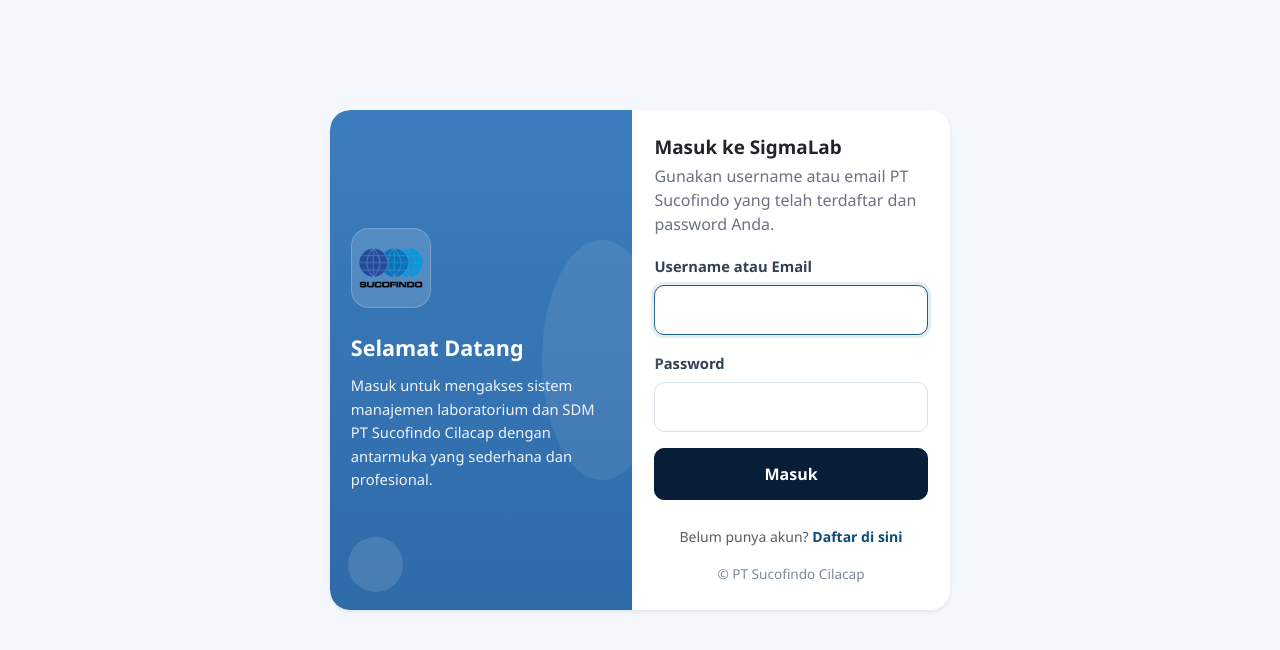
Repository: amelianeesa/sigmalab
Page: http://localhost/login
These files come from the project's save history. The page is drawn as it stood at one moment and after the next save; the edit follows.
The browser window is 1280 px wide. The pictures show the whole page.
The page is served by the project's Laravel application, run on PHP 8.4 with Laravel 12. Other server files are loaded and not shown.

Above is the page before, as saved 2026-08-06 08:54:30.

### routes/web.php
<?php

use Illuminate\Support\Facades\Route;
use App\Http\Controllers\AuthController;
use App\Http\Controllers\SdmController;

Route::get('/', [AuthController::class, 'showLogin']);
Route::get('/login', [AuthController::class, 'showLogin'])->name('login');
Route::post('/login', [AuthController::class, 'processLogin'])->name('login.process');

Route::get('/register', [AuthController::class, 'showRegister'])->name('register');
Route::post('/register', [AuthController::class, 'processRegister'])->name('register.process');

Route::post('/logout', [AuthController::class, 'logout'])->name('logout');

Route::middleware(['auth'])->group(function () {

    Route::get('/dashboard', function () {
        return view('dashboard-index');
    })->name('dashboard');

    Route::get('/sdm', [SdmController::class, 'index'])->name('sdm.index');
    Route::get('/sdm/create', [SdmController::class, 'create'])->name('sdm.create');
    Route::post('/sdm', [SdmController::class, 'store'])->name('sdm.store');
    Route::get('/sdm/{id}/edit', [SdmController::class, 'edit'])->name('sdm.edit');
    Route::put('/sdm/{id}', [SdmController::class, 'update'])->name('sdm.update');
    Route::delete('/sdm/{id}', [SdmController::class, 'destroy'])->name('sdm.destroy');

    Route::get('/sdm/{id}/kompetensi', [SdmController::class, 'kompetensiDetail'])->name('sdm.kompetensi.detail');
    Route::get('/sdm/{id}/cv', [SdmController::class, 'showCv'])->name('sdm.cv');
});

### app/Http/Controllers/AuthController.php
<?php

namespace App\Http\Controllers;

use Illuminate\Http\Request;
use Illuminate\Support\Facades\Auth;
use Illuminate\Support\Facades\Hash;
use App\Models\User;
use App\Models\Role;
use App\Models\Personil;

class AuthController extends Controller
{
    public function showLogin()
    {
        return view('auth.login');
    }

    public function processLogin(Request $request)
    {
        $credentials = $request->validate([
            'username' => ['required'],
            'password' => ['required'],
        ]);

        $fieldType = filter_var($request->username, FILTER_VALIDATE_EMAIL) ? 'email' : 'username';

        if (Auth::attempt([$fieldType => $request->username, 'password' => $request->password])) {
            $user = Auth::user();
            if ($user->status_aktif == 1) {
                $request->session()->regenerate();
                return redirect()->intended('/dashboard');
            } else {
                Auth::logout();
                return back()->withErrors(['username' => 'Akun Anda non-aktif. Hubungi Admin.']);
            }
        }

        return back()->withErrors(['username' => 'Username/Email atau Password salah.']);
    }

    public function showRegister()
    {
        $roles = Role::all();
        $personil = Personil::all();
        return view('auth.register', compact('roles', 'personil'));
    }

    public function processRegister(Request $request)
    {
        $request->validate([
            'username'    => 'required|string|max:50|unique:users',
            'email'       => 'required|string|email|max:100|unique:users',
            'password'    => 'required|string|min:6',
            'role_id'     => 'required|exists:roles,roles_id',
            'personil_id' => 'nullable|exists:personil,personil_id', // Ditambahkan validasi aman
        ]);

        User::create([
            'personil_id' => !empty($request->personil_id) ? $request->personil_id : null,
            'username'    => $request->username,
            'email'       => $request->email,
            'password'    => Hash::make($request->password),
            'role_id'     => $request->role_id,
            'status_aktif'=> 1
        ]);

        return redirect('/login')->with('success', 'Registrasi berhasil! Silakan login.');
    }

    public function logout(Request $request)
    {
        Auth::logout();
        $request->session()->invalidate();
        $request->session()->regenerateToken();
        return redirect('/login');
    }
}

### resources/views/auth/login.blade.php
<!DOCTYPE html>
<html lang="id">
<head>
    <meta charset="UTF-8">
    <title>Login - SIGMALAB Sucofindo</title>
    <link href="https://cdn.jsdelivr.net/npm/bootstrap@5.3.0/dist/css/bootstrap.min.css" rel="stylesheet">
    <style>
        body {
            min-height: 100vh;
            margin: 0;
            background-color: #f4f7fb;
            color: #1f2a37;
            font-family: "Segoe UI", Arial, sans-serif;
        }

        .auth-card {
            border: none;
            border-radius: 20px;
            box-shadow: 0 12px 24px rgba(15, 35, 59, 0.09);
            overflow: hidden;
            margin: auto;
            background: transparent;
            max-width: 620px;
        }

        .auth-row {
            display: grid;
            grid-template-columns: 0.95fr 1fr;
            min-height: 360px;
            background: #ffffff;
            border-radius: 20px;
            overflow: hidden;
        }

        .auth-side {
            position: relative;
            padding: 1.3rem 1.3rem;
            background: linear-gradient(180deg, #3c7ebd 0%, #2f6aa9 100%);
            color: #ffffff;
            display: flex;
            flex-direction: column;
            justify-content: center;
            gap: 0.8rem;
        }

        .auth-side::before {
            content: "";
            position: absolute;
            right: -30px;
            top: 50%;
            transform: translateY(-50%);
            width: 120px;
            height: 240px;
            background: rgba(255,255,255,0.08);
            border-radius: 50%;
        }

        .auth-side::after {
            content: "";
            position: absolute;
            left: 18px;
            bottom: 18px;
            width: 55px;
            height: 55px;
            background: rgba(255,255,255,0.12);
            border-radius: 50%;
        }

        .auth-side h3 {
            font-size: 1.35rem;
            margin: 0;
            font-weight: 700;
        }

        .auth-side p {
            font-size: 0.92rem;
            line-height: 1.6;
            max-width: 260px;
            opacity: 0.92;
            margin: 0;
        }

        .auth-logo-box {
            width: 80px;
            height: 80px;
            background: rgba(255,255,255,0.14);
            border-radius: 18px;
            border: 1px solid rgba(255,255,255,0.2);
            overflow: hidden;
            display: flex;
            align-items: center;
            justify-content: center;
            margin-bottom: 0.9rem;
        }

        .auth-logo-box img {
            width: 64px;
            height: 64px;
            object-fit: contain;
        }

        .auth-form-panel {
            padding: 1.6rem 1.4rem;
            display: flex;
            flex-direction: column;
            justify-content: center;
            background: #ffffff;
        }

        .auth-form-panel h4 {
            font-size: 1.18rem;
            margin-bottom: 0.35rem;
            font-weight: 700;
        }

        .auth-form-panel p {
            color: #6b7280;
            margin-bottom: 1.1rem;
            line-height: 1.5;
        }

        .form-label {
            color: #334155;
            font-size: 0.92rem;
            font-weight: 600;
        }

        .form-control,
        .form-select {
            border: 1px solid #d7e1ea;
            border-radius: 10px;
            padding: 0.75rem 0.9rem;
            color: #1f2a37;
            background-color: #ffffff;
        }

        .form-control:focus,
        .form-select:focus {
            border-color: #1a6082;
            box-shadow: 0 0 0 0.2rem rgba(26, 96, 130, 0.12);
        }

        .btn-auth {
            background: #081d36;
            border: 1px solid #081d36;
            border-radius: 10px;
            padding: 0.8rem 1rem;
            font-weight: 700;
            color: #ffffff;
            transition: all 0.2s ease;
        }

        .btn-auth:hover {
            background: #0a2a4b;
            border-color: #0a2a4b;
        }

        .auth-link {
            color: #0d4c76;
            font-weight: 600;
            text-decoration: none;
        }

        .auth-link:hover {
            color: #0b3d5d;
            text-decoration: underline;
        }

        .auth-footer {
            margin-top: 1rem;
            color: #7b8a9d;
            font-size: 0.85rem;
            text-align: center;
        }
    </style>
</head>
<body class="d-flex align-items-center py-4">
    <div class="container py-5">
        <div class="card auth-card shadow-sm">
            <div class="auth-row">
                <div class="auth-side">
                    <div class="auth-logo-box">
                        <img src="{{ asset('images/logo.png') }}" alt="Logo Perusahaan">
                    </div>
                    <h3>Selamat Datang</h3>
                    <p>Masuk untuk mengakses sistem manajemen laboratorium dan SDM PT Sucofindo Cilacap dengan antarmuka yang sederhana dan profesional.</p>
                </div>
                <div class="auth-form-panel">
                    <h4>Masuk ke SigmaLab</h4>
                    <p>Gunakan username atau email PT Sucofindo yang telah terdaftar dan password Anda.</p>

                    @if(session('success'))
                        <div class="alert alert-success rounded-3">{{ session('success') }}</div>
                    @endif
                    @if($errors->any())
                        <div class="alert alert-danger rounded-3">{{ $errors->first() }}</div>
                    @endif

                    <form action="{{ route('login.process') }}" method="POST">
                        @csrf
                        <div class="mb-3">
                            <label class="form-label">Username atau Email</label>
                            <input type="text" name="username" class="form-control" value="{{ old('username') }}" required autofocus>
                        </div>
                        <div class="mb-3">
                            <label class="form-label">Password</label>
                            <input type="password" name="password" class="form-control" required>
                        </div>
                        <button type="submit" class="btn btn-auth w-100">Masuk</button>
                    </form>

                    <div class="text-center mt-4">
                        <small class="text-muted">Belum punya akun? <a href="{{ route('register') }}" class="auth-link">Daftar di sini</a></small>
                    </div>
                    <div class="auth-footer">© PT Sucofindo Cilacap</div>
                </div>
            </div>
        </div>
    </div>
</body>
</html>

Loaded but not shown: app/Http/Controllers/Controller.php (common file)

After the next save:
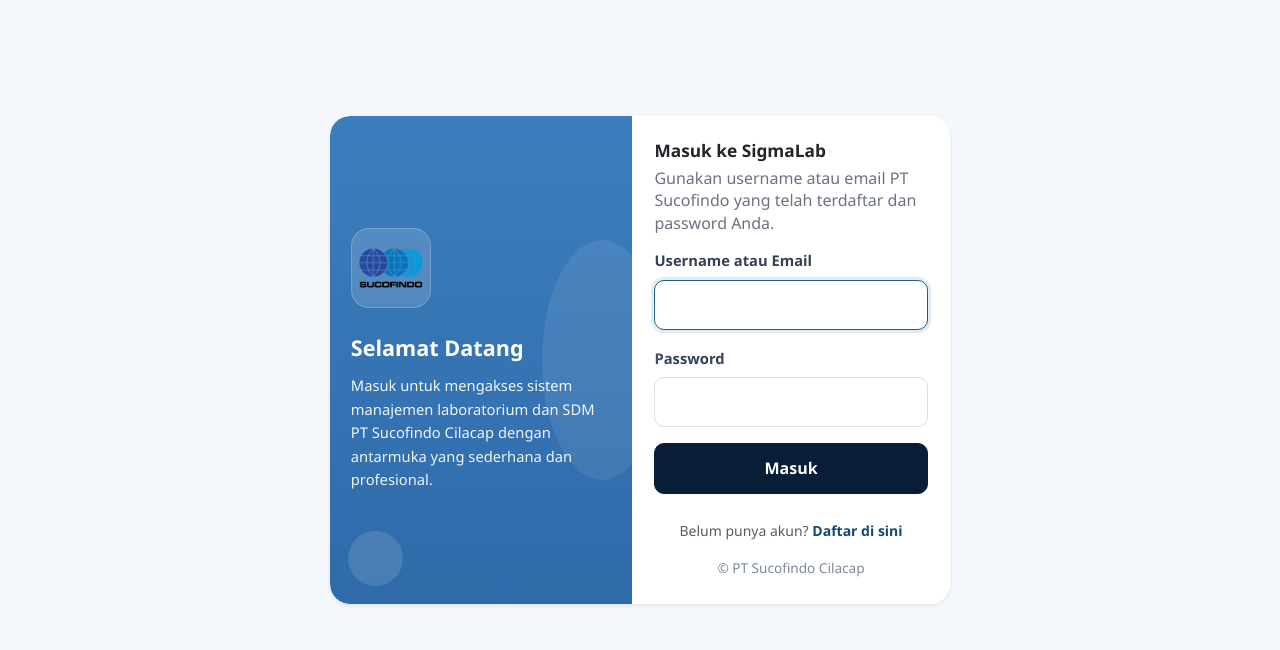
Saved 6 s later.
--- a/resources/views/auth/login.blade.php
+++ b/resources/views/auth/login.blade.php
@@ -108,15 +108,15 @@
         }
 
         .auth-form-panel h4 {
-            font-size: 1.18rem;
-            margin-bottom: 0.35rem;
+            font-size: 1.08rem;
+            margin-bottom: 0.3rem;
             font-weight: 700;
         }
 
         .auth-form-panel p {
             color: #6b7280;
-            margin-bottom: 1.1rem;
-            line-height: 1.5;
+            margin-bottom: 0.9rem;
+            line-height: 1.4;
         }
 
         .form-label {
